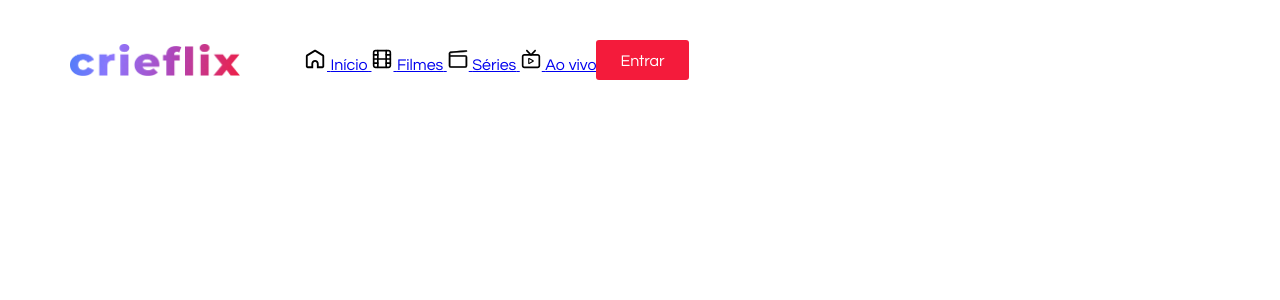
Repository: lxcxcxlxmb/crieflix
Page: index.html
The author's editor kept a copy of each file at every save. The page is drawn from the files as they stood at one save, then again after the next save.
The browser window is 1280 px wide. The pictures show the whole page.

Above is the page before, as saved 2022-05-11 17:13:29.

### index.html
<!DOCTYPE html>
<html lang="pt-BR">
<head>
  <meta charset="utf-8"/>
  <meta http-equiv="X-UA-Compatible" content="IE=edge"/>
  <meta name="description" content="Uma página para quem gosta de HTML, CSS e pudim"/>
  <meta name="keywords" content="HTML, CSS, JavaScript"/>
  <meta name="author" content="John Doe"/>
  <meta name="viewport" content="width=device-width, initial-scale=1.0"/>
  <title>Estilizações CSS</title>
  <link rel="stylesheet" href="styles/base/reset.css">
  <link rel="stylesheet" href="styles/layout/header.css">
  <link rel="stylesheet" href="styles/base/base.css">
  <link rel="stylesheet" href="styles/components/button.css">
  <link rel="preconnect" href="https://fonts.googleapis.com">
  <link rel="preconnect" href="https://fonts.gstatic.com" crossorigin>
  <link href="https://fonts.googleapis.com/css2?family=Questrial&display=swap" rel="stylesheet">
</head>
<body>
    <header class="header">
        <img class="header__logo" src="logo.png"/>
        <nav class="header__menu">
            <a href="#">
                <img src="icons/house.svg"/>
                <span>Início</span>
            </a>
            <a href="#">
                <img src="icons/film.svg"/>
                <span>Filmes</span>
            </a>
            <a href="#">
                <img src="icons/clapperboard.svg"/>
                <span>Séries</span>
            </a>
            <a href="#">
                <img src="icons/live.svg"/>
                <span>Ao vivo</span>
            </a>
        </nav>
        <a href="#" class="button" class="header__sign-in">Entrar</a>
    </header>
</body>
</html>

### styles/layout/header.css
.header {
    margin: 40px 70px;
    display: flex;
    justify-content: flex-start;
    align-items: center;
}
.header__logo {
    width: 170px;
    margin-right: 64px;
}
.header__menu {
    display:inline-block;
}
.header__sign-in {
    margin-left: auto;
    margin-right: 0;
}

### styles/base/base.css
body {
    font-family: Questrial, sans-serif;
    font-size: 16px;
}

* {
    box-sizing: border-box;
}

### styles/components/button.css
.button {
    height: 40px;
    padding: 10px 24px;
    font-size: 16px;
    line-height: 22px;
    border-radius: 3px;
    color: #fff;
    background-color: #f41b3b;
    text-decoration: none;
}

Loaded but not shown: styles/base/reset.css (common file)

After the next save:
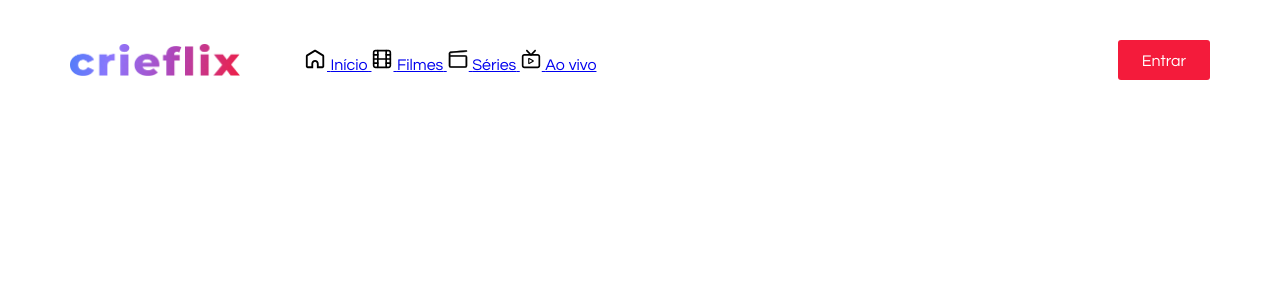
Saved 75 s later.
--- a/styles/components/button.css
+++ b/styles/components/button.css
@@ -7,4 +7,7 @@
     color: #fff;
     background-color: #f41b3b;
     text-decoration: none;
+
+    margin-left: auto;
+    margin-right: 0;
 }
